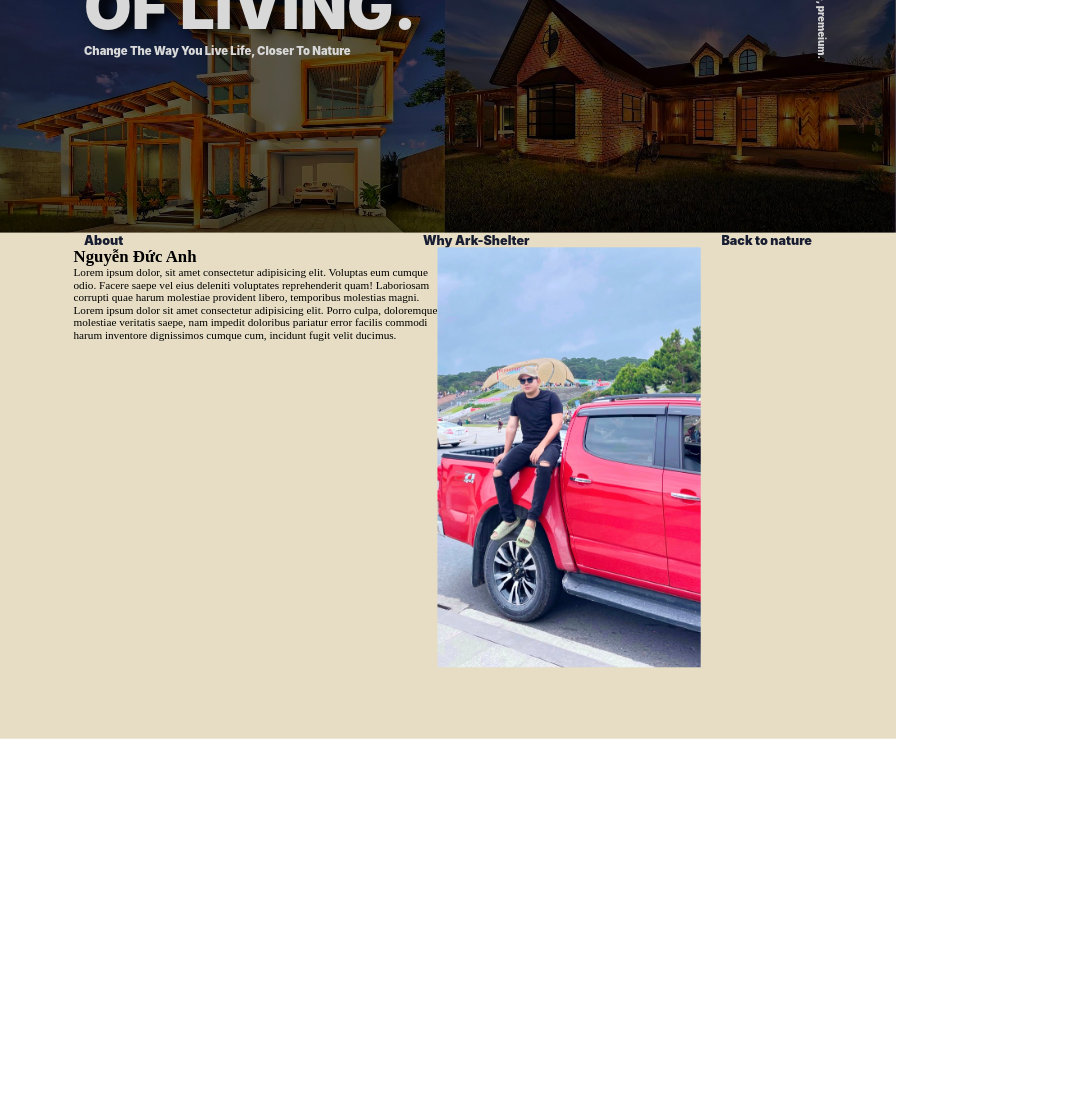
Repository: Ethanxcode/DucAnhNguyen
Page: index.html
An editor plug-in stored every save of this project. The page is shown before and after the next save, followed by the edit.
The browser window is 1280 px wide. The page is 1280 px wide, then 1521 px, so the pictures cover 1521 px, including what lies to the right of the window. The pictures show the part of the page from y = 386 to 1986 px (the page is 10000 px tall), at 70% of full size.

Above is the page before, as saved 2023-01-14 01:52:14.

After the next save:
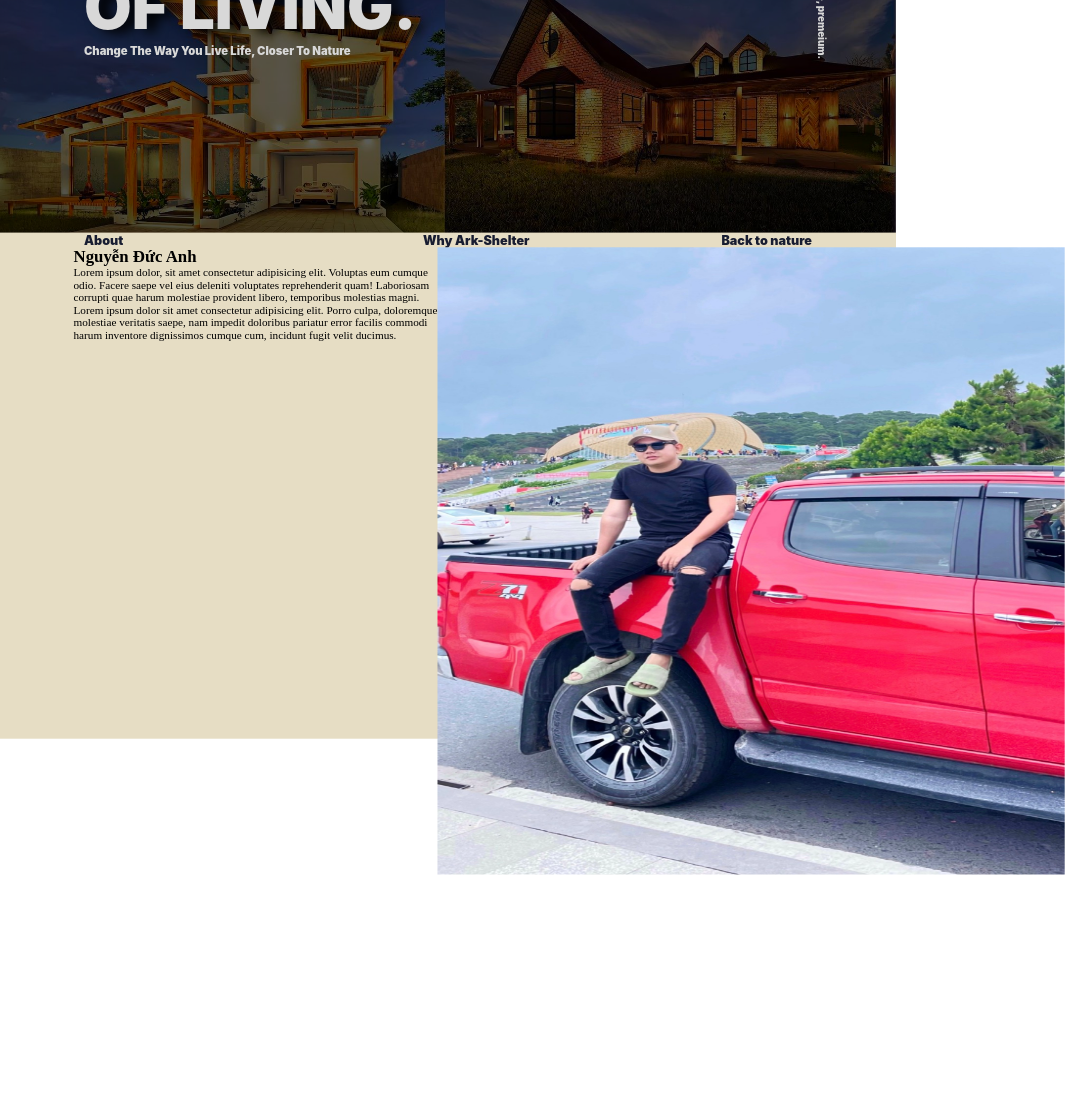
Saved 25 s later.
--- a/index.html
+++ b/index.html
@@ -88,7 +88,11 @@
 						</p>
 					</div>
 					<div class="col-half">
-						<img src="./Assets/P1.jpg" alt="" style="height: 600px" />
+						<img
+							src="./Assets/P1.jpg"
+							alt=""
+							style="height: 896px; width: 896px"
+						/>
 					</div>
 				</div>
 			</section>
